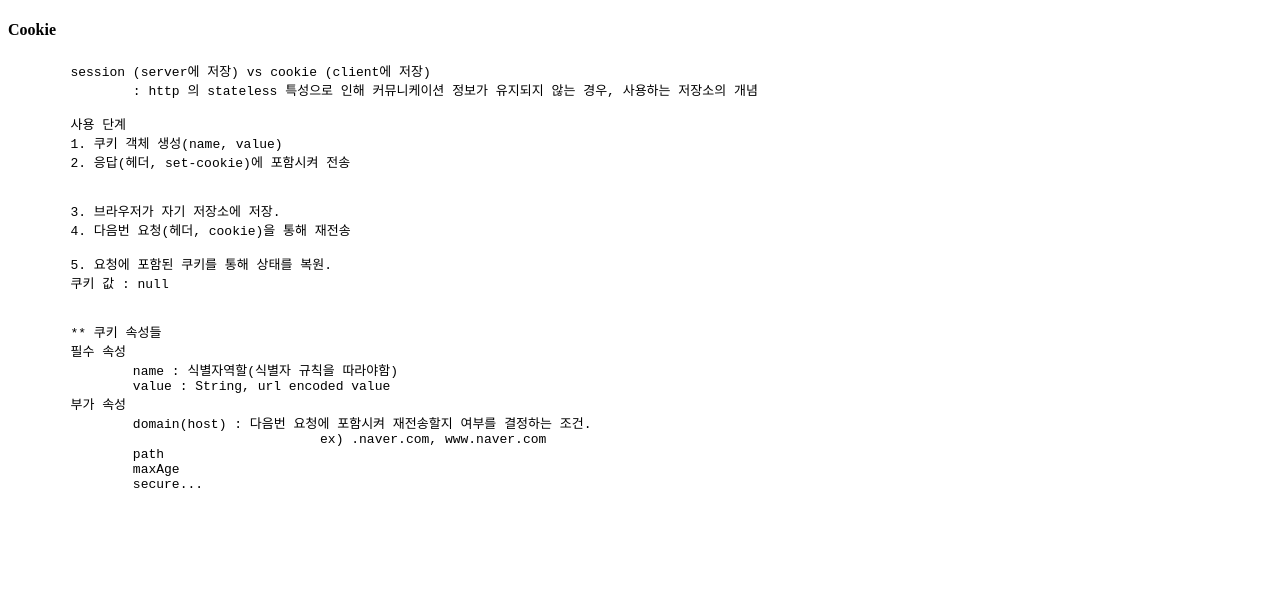
Repository: HEOGEUNJU/JSP
Page: http://localhost/WebStudy01/src/main/webapps/11/cookieDesc.jsp
The author's editor kept a copy of each file at every save. The page is drawn from the files as they stood at one save, then again after the next save.
The browser window is 1280 px wide. The pictures show the whole page.
The page is served by Tomcat 9.

Above is the page before, as saved 2022-12-22 08:18:27.

After the next save:
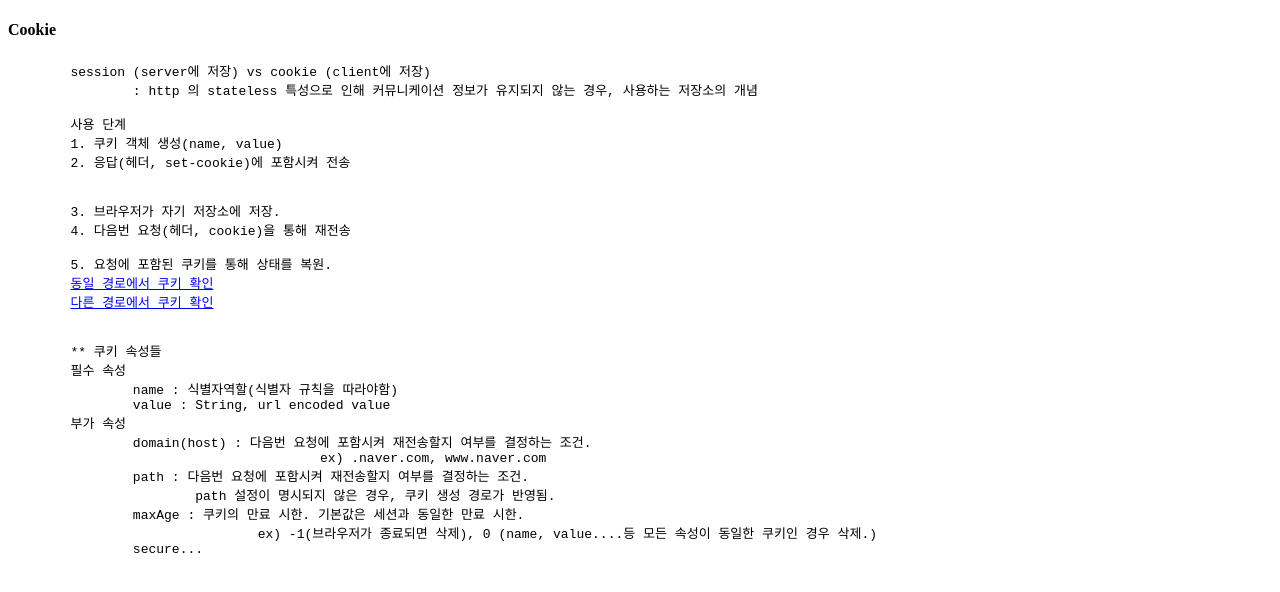
Saved 2 min 37 s later.
--- a/WebStudy01/src/main/webapps/11/cookieDesc.jsp
+++ b/WebStudy01/src/main/webapps/11/cookieDesc.jsp
@@ -26,17 +26,26 @@
 // 		Cookie domainCookie = new Cookie("domainCookie", "domain cookie value");
 // 		domainCookie.setDomain("www.naver.com");
 // 		response.addCookie(domainCookie);
+		Cookie otherPathCookie = new Cookie("otherPathCookie", "otherPathCookievalue");
+		otherPathCookie.setPath(request.getContextPath()+"/12");
+		response.addCookie(otherPathCookie);
 
+		Cookie longLiveCookie = new Cookie("longLiveCookie", "longLive");
+		longLiveCookie.setPath("/");
+		longLiveCookie.setMaxAge(-1);
+		response.addCookie(longLiveCookie);
 	%>
 
 	3. 브라우저가 자기 저장소에 저장.
 	4. 다음번 요청(헤더, cookie)을 통해 재전송
 
 	5. 요청에 포함된 쿠키를 통해 상태를 복원.
-	<%
+	<a href="viewCookie.jsp">동일 경로에서 쿠키 확인</a>
+	<a href="../12/viewCookie.jsp">다른 경로에서 쿠키 확인</a>
+	<%--
 		String findedValue = new CookieHttpServletRequestWrapper(request).getCookieValue("koreanCookie");
 		out.println("쿠키 값 : "+findedValue);
-	%>
+	--%>
 
 	** 쿠키 속성들
 	필수 속성
@@ -45,8 +54,10 @@
 	부가 속성
 		domain(host) : 다음번 요청에 포함시켜 재전송할지 여부를 결정하는 조건.
 					ex) .naver.com, www.naver.com
-		path
-		maxAge
+		path : 다음번 요청에 포함시켜 재전송할지 여부를 결정하는 조건.
+			path 설정이 명시되지 않은 경우, 쿠키 생성 경로가 반영됨.
+		maxAge : 쿠키의 만료 시한. 기본값은 세션과 동일한 만료 시한.
+				ex) -1(브라우저가 종료되면 삭제), 0 (name, value....등 모든 속성이 동일한 쿠키인 경우 삭제.)
 		secure...
 </pre>
 </body>
